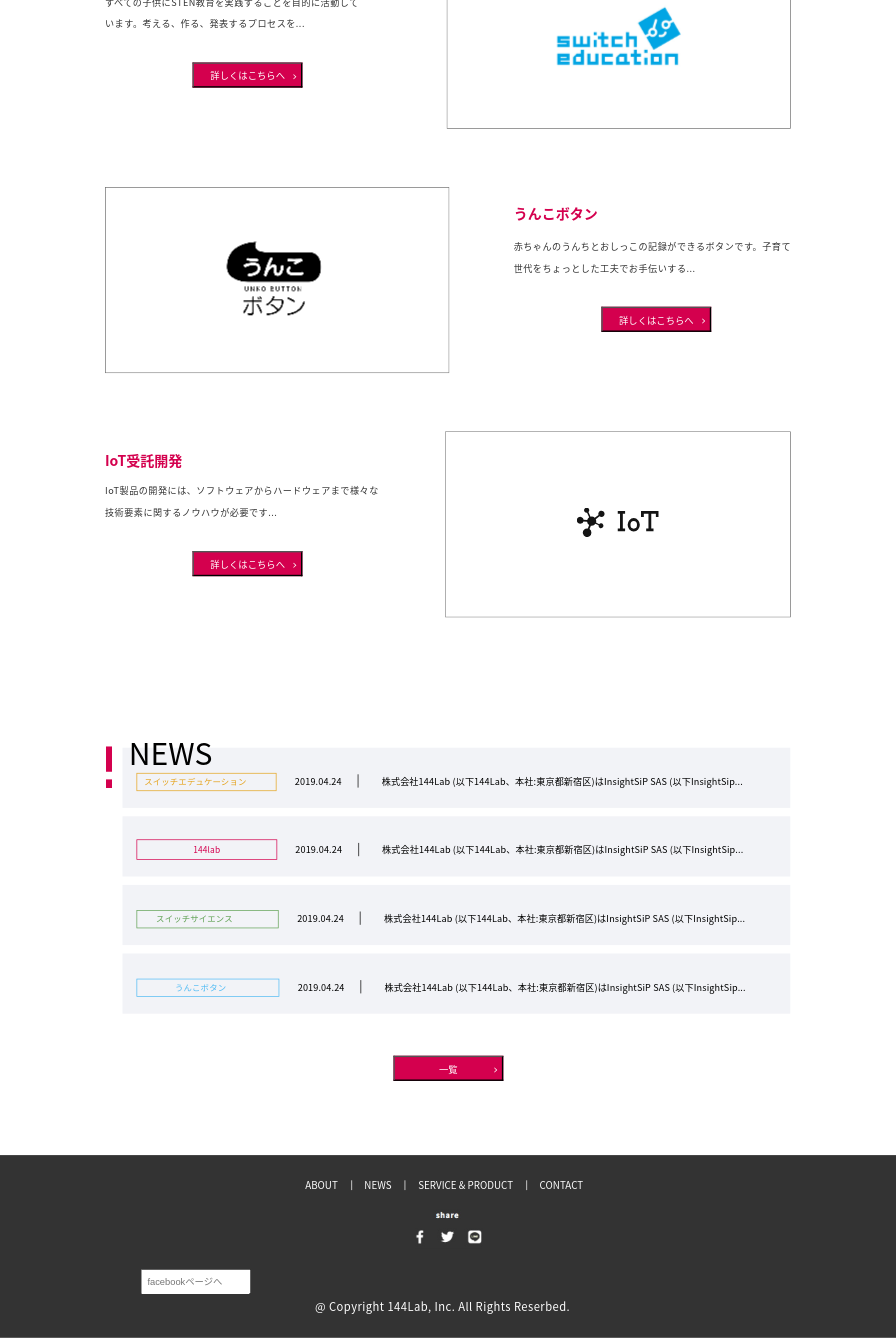
Repository: ppmp556/light-up-git
Page: index.html
These files come from the project's save history. The page is drawn as it stood at one moment and after the next save; the edit follows.
The browser window is 1280 px wide. The pictures show the part of the page from y = 2043 to 3963 px (the page is 3963 px tall), at 70% of full size.

Above is the page before, as saved 2019-12-27 21:17:51.

After the next save:
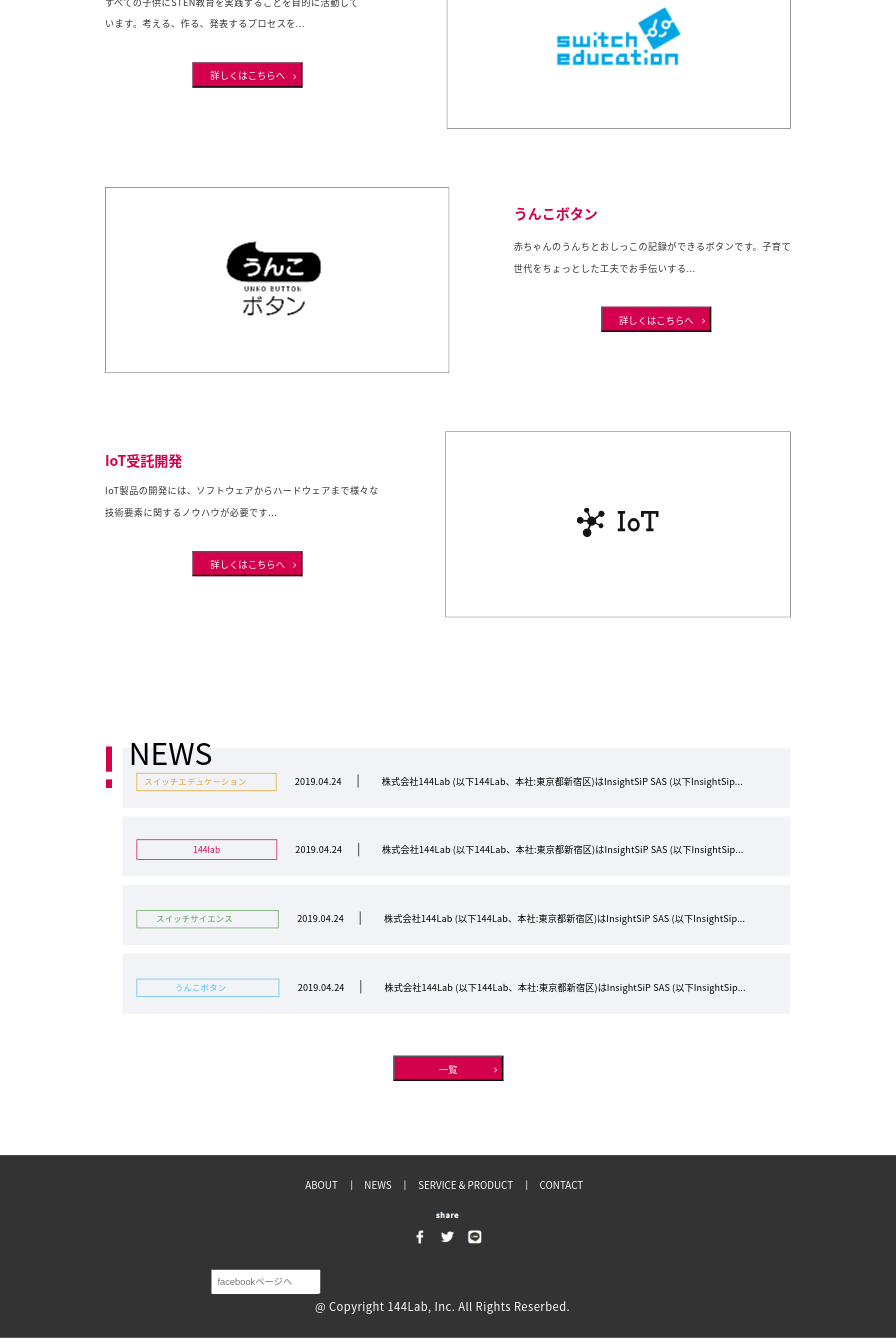
Saved 7 s later.
--- a/main.css/main.css
+++ b/main.css/main.css
@@ -673,7 +673,7 @@
     width: 157.12px;
     height: 35.8px;
     top: 102.9px;
-    left: 0px;
+    left: 100px;
 
 }
 
